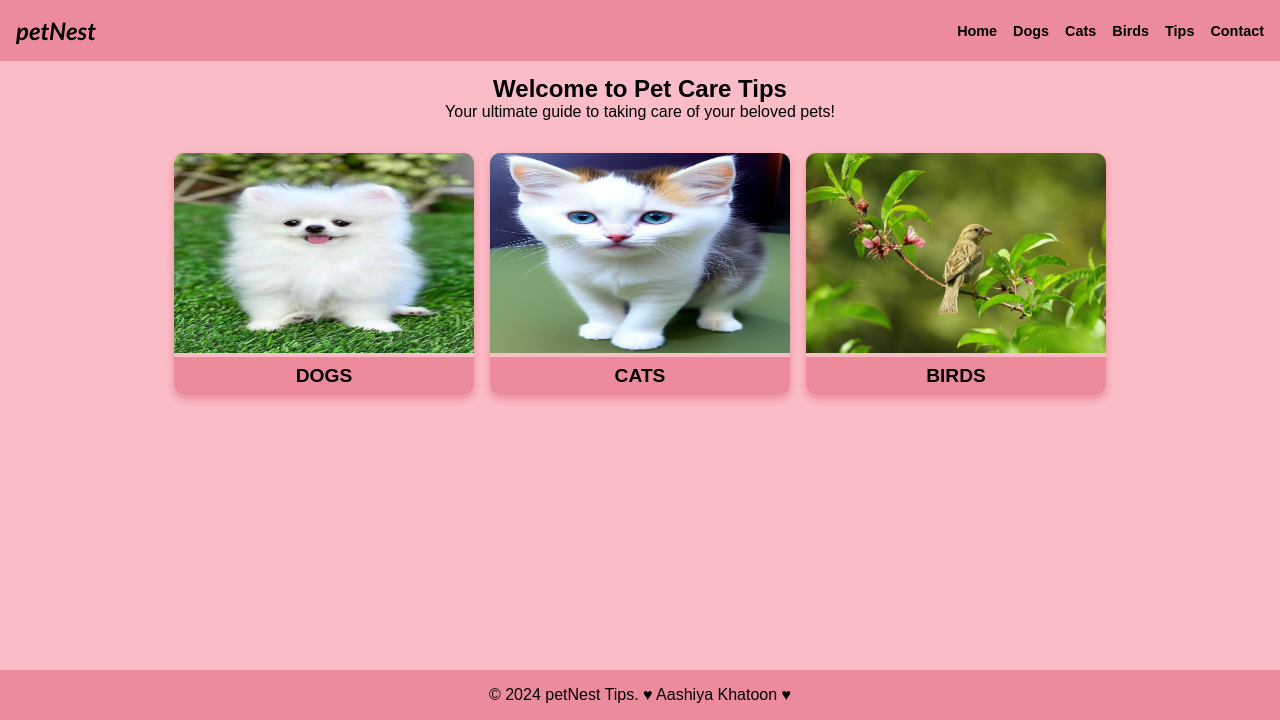
Repository: SHAHZADcodr/pet_care
Page: index.html
The author's editor kept a copy of each file at every save. The page is drawn from the files as they stood at one save, then again after the next save.
The browser window is 1280 px wide. The pictures show the whole page.
The pointer rests on the first visible `#webName`.

Above is the page before, as saved 2024-11-04 22:43:39.

### index.html
<!DOCTYPE html>
<html lang="en">
<head>
    <meta charset="UTF-8">
    <meta name="viewport" content="width=device-width, initial-scale=1.0">
    <!-- <meta http-equiv="refresh" content="3"> -->
    <title>www.petNest.com/</title>
    <link rel="stylesheet" href="style.css">
</head>
<body>
    <header>
        <nav>
            <h1 id="webName"><i><strong>petNest</strong></i></h1>
            <ul id="nav-links">
                <li><a href="index.html">Home</a></li>
                <li><a href="pages/dog.html">Dogs</a></li>
                <li><a href="pages/cats.html">Cats</a></li>
                <li><a href="pages/birds.html">Birds</a></li>
                <li><a href="pages/tips.html">Tips</a></li>
                <li><a href="contact.html" id="you">Contact</a></li>
            </ul>
        </nav>
    </header>

    <main>
        <section class="intro">
            <div class="welcome-text">
                <h2>Welcome to Pet Care Tips</h2>
                <p>Your ultimate guide to taking care of your beloved pets!</p>
            </div>
        </section>

        <section class="categories-slider">
            <div class="slider-container">
                <div class="category-card">
                    <img src="images/my_dog.jpg" alt="Dog">
                    <a href="pages/dog.html">Dogs</a>
                </div>
                <div class="category-card">
                    <img src="images/catimage.jpg" alt="Cat">
                    <a href="pages/cats.html">Cats</a>
                </div>
                <div class="category-card">
                    <img src="images/main_bird.jpeg" alt="Bird">
                    <a href="pages/birds.html">Birds</a>
                </div>
            </div>
        </section>
    </main>

    <footer>
        <p>&copy; 2024 petNest Tips.  &hearts; Aashiya Khatoon &hearts;</p>
    </footer>

    <script src="code.js"></script>
</body>
</html>

### style.css
/* General Reset */
* {
    margin: 0;
    padding: 0;
    box-sizing: border-box;
}
/*Used variable for color naming*/
:root{
    --bg-background-color:rgb(236, 139, 155);
    --bg--body-color:rgb(250, 189, 199);
}
/* Basic Layout */
body {
    font-family: Arial, sans-serif;
    display: flex;
    flex-direction: column;
    min-height: 100vh;
    background-color:var(--bg--body-color);
}

header {
    background-color:var(--bg-background-color);
    padding: 1rem;
    color: black;;
}

nav {
    display: flex;
    justify-content: space-between;
    align-items: center;
}

#nav-links {
    list-style-type: none;
    display: flex;
    gap: 1rem;
}

#nav-links a {
    color:black;
    text-decoration: none;
    font-size:0.9rem;
    font-weight: 600;
    transition:color 0.2s;
}
#nav-links a:hover{
    color:white!important;
}

 #nav-links  #you{
    cursor:url(/images/cursor.svg)3 3,auto !important;
}
/*Website name*/
#webName{
    font-family: 'Gill Sans', 'Gill Sans MT', Calibri, 'Trebuchet MS', sans-serif;
}


/* Welcome Section */
.intro {
    text-align: center;
    margin-top:2vh;
}

.welcome-text {
    margin-top:2vh;

}


/* Categories Slider */
.categories-slider {
    padding: 2rem 0;
}

.slider-container {
    display: flex;
    justify-content: center;
    gap: 1rem;
    flex-wrap: wrap; /* Allow items to wrap on smaller screens */
}

/* Individual Cards */
.category-card {
    background-color:var(--bg--body-color);
    border-radius: 10px;
    overflow: hidden;
    box-shadow: 0 4px 8px var(--bg-background-color);
    text-align: center;
    width: 300px; /* Fixed width for cards */
    transition: transform 0.3s;
}

.category-card:hover {
    transform: scale(1.05); /* Slightly enlarge on hover */
}

/* Style for the images */
.category-card img {
    width: 100%;
    height: 200px!important; /* Set a fixed height for all images */
    height: auto; /* Maintain aspect ratio */
}

/* Link styling for category cards */
.category-card a {
    text-decoration: none;
    color:black;
    text-transform: uppercase;
    font-size: 1.2rem;
    font-weight: bold;
    background-color:var(--bg-background-color); /* Match header color */
    padding: 0.5rem;
    border-radius: 0 0 10px 10px; /* Rounded bottom corners */
    display: block;
}
.category-card a:hover{
    color:white!important;

}
/* Footer */
footer {
    background-color:var(--bg-background-color);
    color:black;
    text-align: center;
    padding: 1rem;
    margin-top: auto;
}

/* Responsive Design */
@media (max-width: 768px) {
    .slider-container {
        justify-content: center;
    }

    .category-card {
        width: 80%; /* Make cards wider on smaller screens */
    }
}

@media (max-width: 480px) {
    .category-card {
        width: 100%; /* Full width on very small screens */
    }
}

Loaded but not shown: code.js (empty)

After the next save:
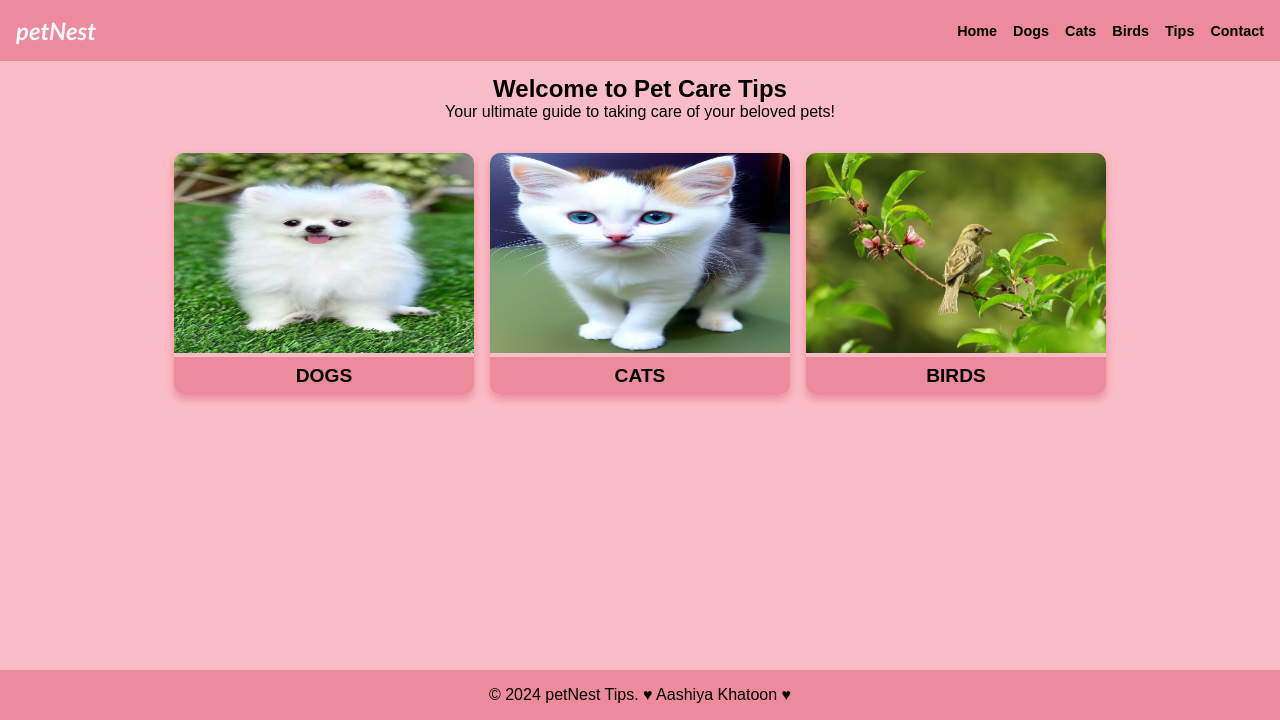
Saved 19 s later.
--- a/style.css
+++ b/style.css
@@ -54,7 +54,9 @@ nav {
 #webName{
     font-family: 'Gill Sans', 'Gill Sans MT', Calibri, 'Trebuchet MS', sans-serif;
 }
-
+#webName:hover{
+    color:aliceblue;
+}
 
 /* Welcome Section */
 .intro {
